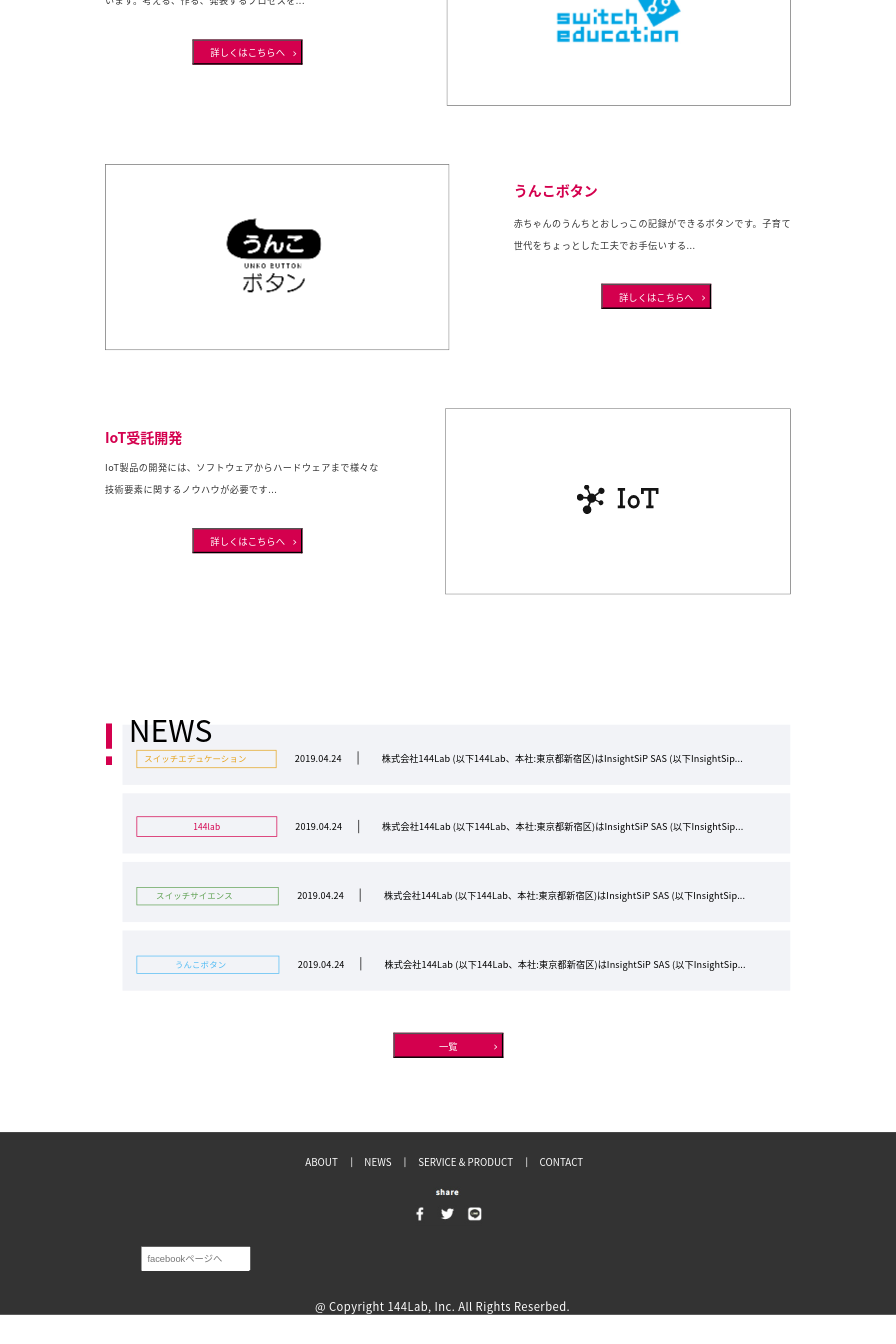
Repository: ppmp556/light-up-git
Page: index.html
An editor plug-in stored every save of this project. The page is shown before and after the next save, followed by the edit.
The browser window is 1280 px wide. The pictures show the part of the page from y = 2075 to 3995 px (the page is 3995 px tall before and 3963 px after), at 70% of full size.

Above is the page before, as saved 2019-12-27 21:16:05.

After the next save:
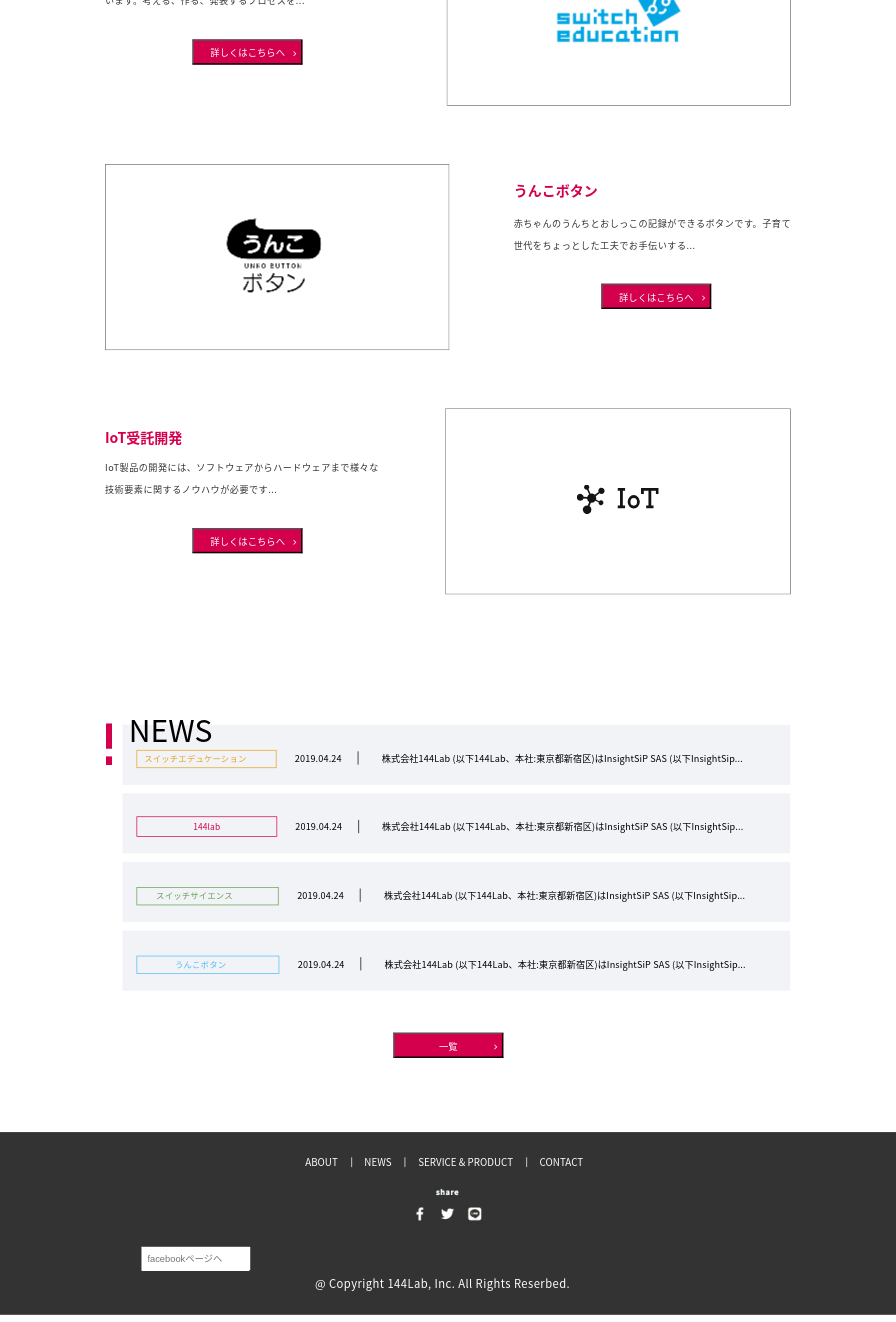
Saved 25 s later.
--- a/main.css/main.css
+++ b/main.css/main.css
@@ -688,7 +688,7 @@
     position: absolute;
     top: 170.9px;
     left: 450px;
-    margin-top: 32.2px;
+
     padding-bottom: 28.9px;
 
 }
